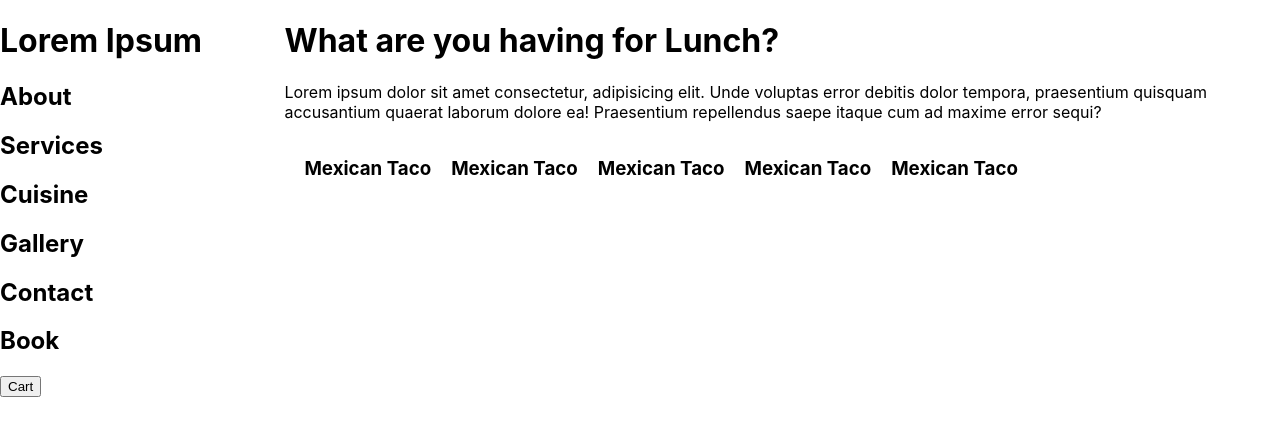
Repository: Marlstergo/assignment2
Page: /
The author's editor kept a copy of each file at every save. The page is drawn from the files as they stood at one save, then again after the next save.
The browser window is 1280 px wide. The pictures show the whole page.
The project was rebuilt for these pictures with package versions that can differ from the ones it lists, and the page was loaded fresh each time.

Above is the page before, as saved 2021-07-27 01:49:20.

After the next save:
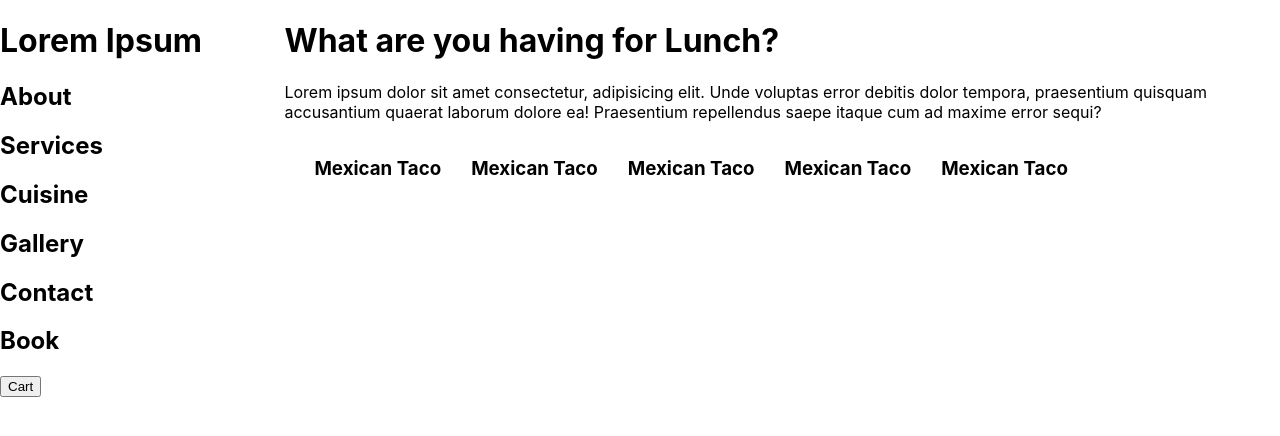
Saved 5 s later.
--- a/src/App.css
+++ b/src/App.css
@@ -59,5 +59,5 @@
 }
 
 .cell{
-  margin-left: 20px;
+  margin-left: 30px;
 }
